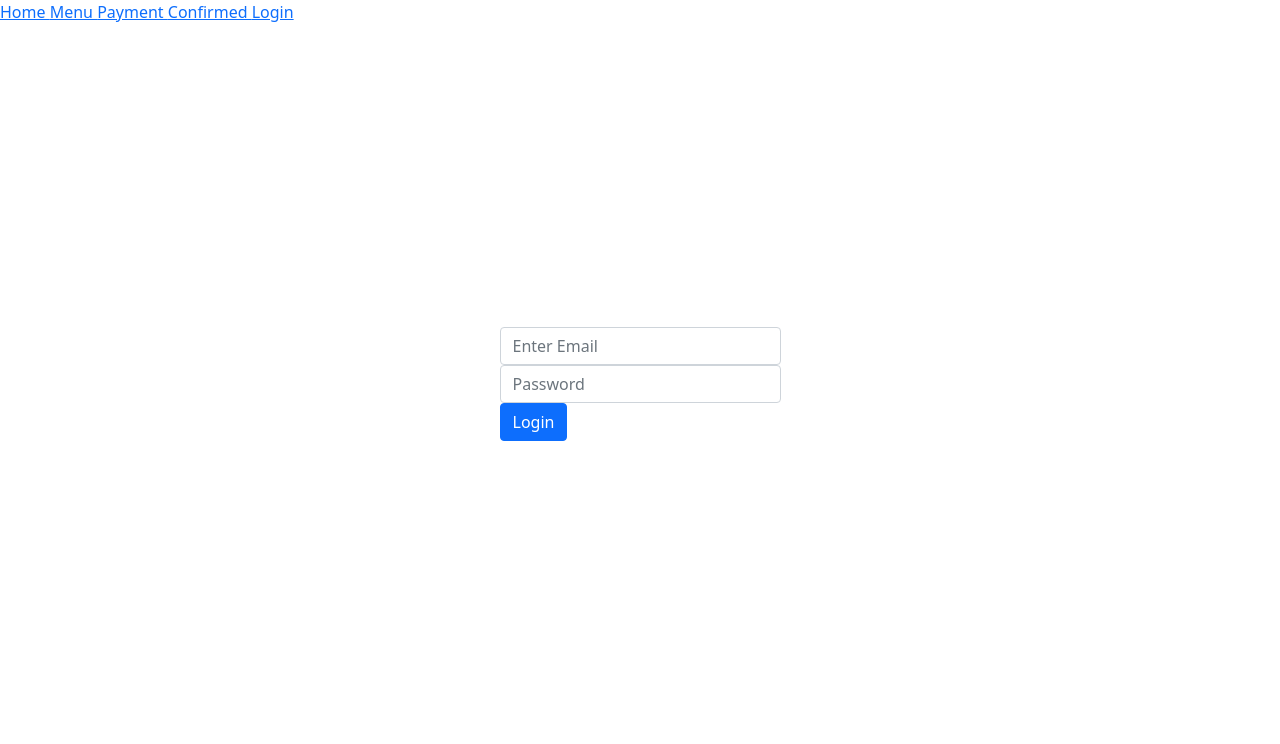
Repository: JoshuaN18/restaurantPOS
Page: /login (app in Frontend/)
The author's editor kept a copy of each file at every save. The page is drawn from the files as they stood at one save, then again after the next save.
The browser window is 1280 px wide. The pictures show the whole page.
The project was rebuilt for these pictures with package versions that can differ from the ones it lists, and the page was loaded fresh each time. Also part of the build but not shown: Frontend/src/pages/Homepage.css, Frontend/src/pages/Homepage.js, Frontend/src/pages/Menu.js, Frontend/src/pages/Payment.js, Frontend/src/pages/Confirmation.js.

Above is the page before, as saved 2022-07-30 16:16:16.

### Frontend/public/index.html
<!DOCTYPE html>
<html lang="en">
  <head>
    <meta charset="utf-8" />
    <link rel="icon" href="%PUBLIC_URL%/favicon.ico" />
    <meta name="viewport" content="width=device-width, initial-scale=1" />
    <meta name="theme-color" content="#000000" />
    <meta
      name="description"
      content="Web site created using create-react-app"
    />
    <link rel="apple-touch-icon" href="%PUBLIC_URL%/logo192.png" />
    <!--
      manifest.json provides metadata used when your web app is installed on a
      user's mobile device or desktop. See https://developers.google.com/web/fundamentals/web-app-manifest/
    -->
    <link rel="manifest" href="%PUBLIC_URL%/manifest.json" />
    <!--
      Notice the use of %PUBLIC_URL% in the tags above.
      It will be replaced with the URL of the `public` folder during the build.
      Only files inside the `public` folder can be referenced from the HTML.

      Unlike "/favicon.ico" or "favicon.ico", "%PUBLIC_URL%/favicon.ico" will
      work correctly both with client-side routing and a non-root public URL.
      Learn how to configure a non-root public URL by running `npm run build`.
    -->
    <title>React App</title>
  </head>
  <body>
    <noscript>You need to enable JavaScript to run this app.</noscript>
    <div id="root"></div>
    <link href="https://cdn.jsdelivr.net/npm/bootstrap@5.1.3/dist/css/bootstrap.min.css" rel="stylesheet" integrity="sha384-1BmE4kWBq78iYhFldvKuhfTAU6auU8tT94WrHftjDbrCEXSU1oBoqyl2QvZ6jIW3" crossorigin="anonymous">
    <script src="https://cdn.jsdelivr.net/npm/bootstrap@5.1.3/dist/js/bootstrap.bundle.min.js" integrity="sha384-ka7Sk0Gln4gmtz2MlQnikT1wXgYsOg+OMhuP+IlRH9sENBO0LRn5q+8nbTov4+1p" crossorigin="anonymous"></script>
    <!--
      This HTML file is a template.
      If you open it directly in the browser, you will see an empty page.

      You can add webfonts, meta tags, or analytics to this file.
      The build step will place the bundled scripts into the <body> tag.

      To begin the development, run `npm start` or `yarn start`.
      To create a production bundle, use `npm run build` or `yarn build`.
    -->
  </body>
</html>

### Frontend/src/App.js
import './App.css';
import {BrowserRouter as Router, Routes, Route, Link} from 'react-router-dom';
import Homepage from './pages/Homepage';
import Menu from './pages/Menu';
import Payment from './pages/Payment';
import Confirmation from './pages/Confirmation';
import Login from './pages/Login';

function App() {
  return (
   //nav class is temporary. needed for testing purposes.
   <body className='text-white'>
   <Router>
    <nav>
      <Link to="/">Home </Link>
      <Link to="/menu">Menu </Link>
      <Link to="/payment">Payment </Link>
      <Link to="/confirmed">Confirmed </Link>
      <Link to="/login">Login </Link>
    </nav>
    <Routes>
      <Route path="/"element={<Homepage/>}/>
      <Route path="/menu"element={<Menu/>}/>
      <Route path="/payment"element={<Payment/>}/>
      <Route path="/confirmed"element={<Confirmation/>}/>
      <Route path="/login"element={<Login/>}/>
    </Routes>

   </Router>
  </body>
  );
}

export default App;

### Frontend/src/App.css
body {
  margin:0;
  padding:0;
}

### Frontend/src/pages/Login.js
import React from 'react'
import {Button, Col, Container, Form, Row} from "react-bootstrap"

const Login = () => {
  return (
    // div styling taken from stackoverflow, can adjust later
    <div className="p-3" style={{display: 'flex',  justifyContent:'center', alignItems:'center', height: '100vh'}}>

        <Row>
          <Col lg={12} md={6} sm={12}>
            <Form>
              <Form.Group controlID="formBasicEmail">
                <Form.Control type="email" placeholder="Enter Email"/>
              </Form.Group>
              <Form.Group controlID="formBasicPassword">
                <Form.Control type="password" placeholder="Password"/>
              </Form.Group>
              <Button variant="primary btn-block" type="submit">Login</Button>
            </Form>
          </Col>
          <Col lg={4} md={6} sm={12}>
          </Col>
        </Row>
    </div>
    // <>
    //    <Container className="mt-5">
        // <Row>
        //   <Col lg={4} md={6} sm={12}>
        //     <Form>
        //       <Form.Group controlID="formBasicEmail">
        //         <Form.Control type="email" placeholder="Enter Email"/>
        //       </Form.Group>
        //       <Form.Group controlID="formBasicPassword">
        //         <Form.Control type="password" placeholder="Password"/>
        //       </Form.Group>

        //       <Button variant="primary btn-block" type="submit">Login</Button>
        //     </Form>
        //   </Col>

        //   <Col lg={4} md={6} sm={12}>
        //   </Col>
        // </Row>
    //   </Container>

    // </>

  )
}

export default Login

Loaded but not shown: Frontend/src/index.js (common file); Frontend/src/index.css (common file)

After the next save:
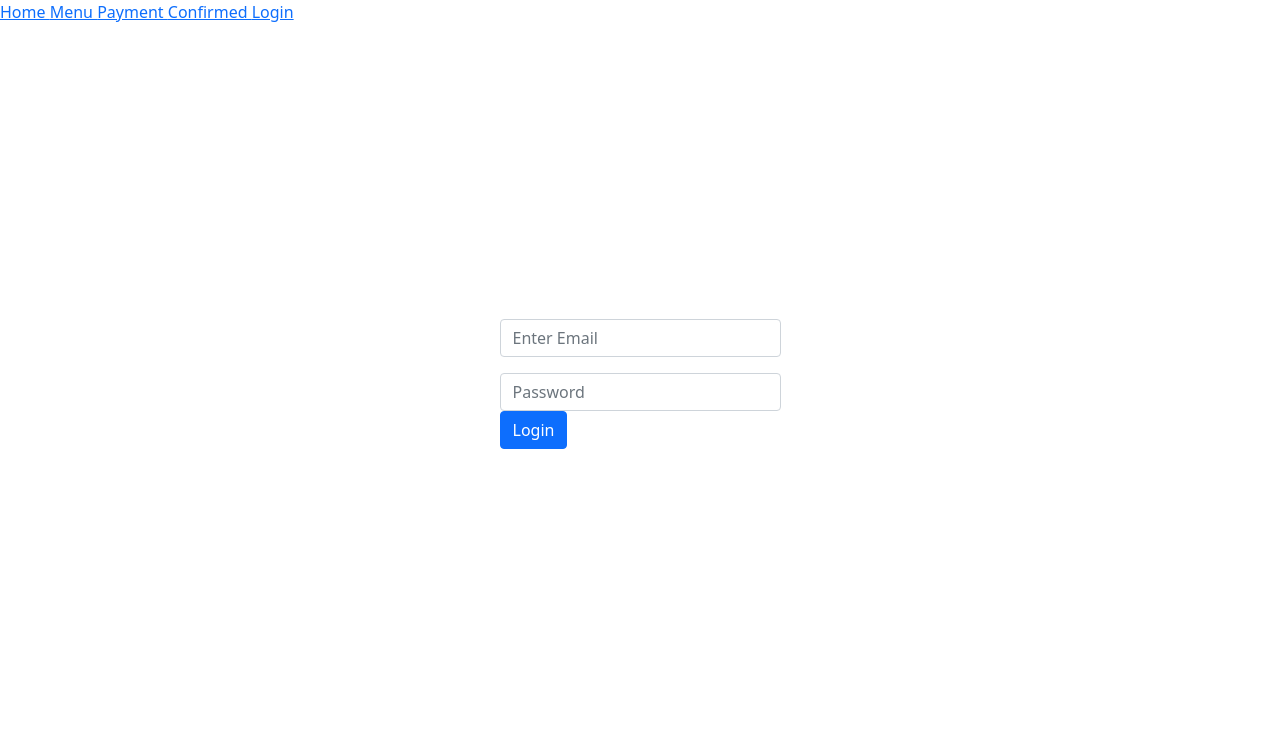
Saved 5 min 25 s later.
--- a/Frontend/src/pages/Login.js
+++ b/Frontend/src/pages/Login.js
@@ -9,7 +9,7 @@ const Login = () => {
         <Row>
           <Col lg={12} md={6} sm={12}>
             <Form>
-              <Form.Group controlID="formBasicEmail">
+              <Form.Group className="mb-3"controlID="formBasicEmail">
                 <Form.Control type="email" placeholder="Enter Email"/>
               </Form.Group>
               <Form.Group controlID="formBasicPassword">
